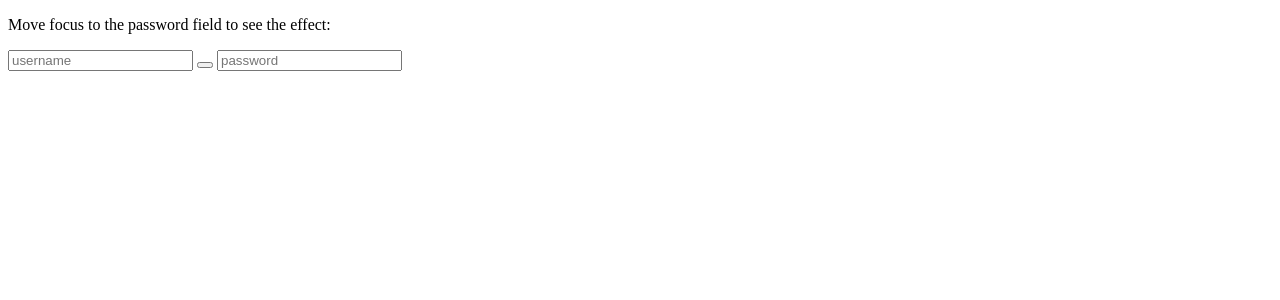
Repository: Lehuyhuynh/DOM
Page: BT3/index.html
These files come from the project's save history. The page is drawn as it stood at one moment and after the next save; the edit follows.
The browser window is 1280 px wide. The pictures show the whole page.

Above is the page before, as saved 2023-08-31 19:06:39.

### BT3/index.html
<!DOCTYPE html>
<html lang="en">
<head>
  <meta charset="UTF-8">

  <meta name="viewport" content="width=device-width, initial-scale=1.0">
  <title>Document</title>
</head>
<body>
  <p>Move focus to the password field to see the effect:</p>

<form id="form">
<input type="text" placeholder="username" id="keyboard">
<button id="btn"></button>
<input type="password" placeholder="password" >
</form>
<script>
  const input = document.querySelector("#keyboard")
  console.log("input", input)

   input.addEventListener  ("keydown", function(e){

	console.log(222, e)

  const value = e.target.value;

	console.log(222, value)
})
// input.addEventListener  ("focus", function(e){
// 	input.style.background ="blue"
// })
input.addEventListener ("blur", function(e){
	input.style.background =""
})
input.addEventListener  ("focus", function(e){
	input.placeholder="abc"
})
</script>
</body>
</html>

After the next save:
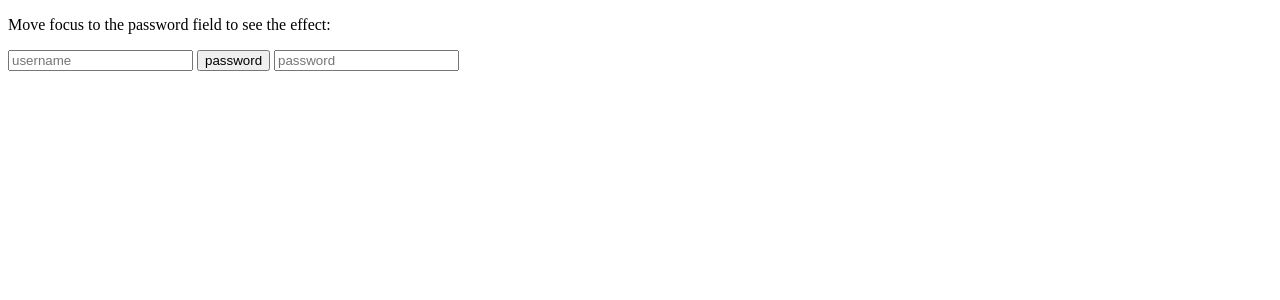
Saved 8 s later.
--- a/BT3/index.html
+++ b/BT3/index.html
@@ -11,7 +11,7 @@
 
 <form id="form">
 <input type="text" placeholder="username" id="keyboard">
-<button id="btn"></button>
+<button id="btn">password</button>
 <input type="password" placeholder="password" >
 </form>
 <script>
